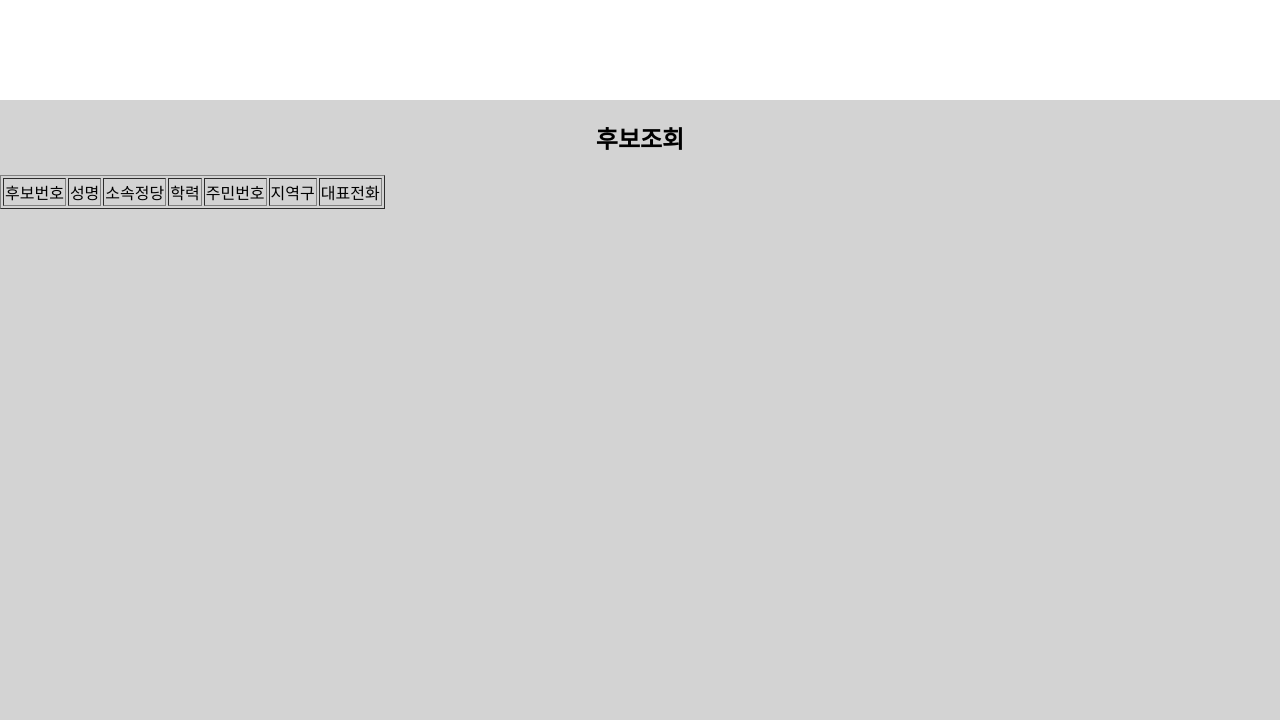
Repository: alsco727/JSP
Page: http://localhost/HRD_2207/search.jsp
An editor plug-in stored every save of this project. The page is shown before and after the next save, followed by the edit.
The browser window is 1280 px wide. The pictures show the whole page.
The page is served by Tomcat 9. Queries for data that is not in the repository find no rows.

Above is the page before, as saved 2022-08-29 09:04:25.

### information_Processing/JSP과제4/HRD_2207/src/main/webapp/search.jsp
<%@page import="DBPKG.Util"%>
<%@page import="java.sql.*"%>
<%@ page language="java" contentType="text/html; charset=UTF-8"
    pageEncoding="UTF-8"%>
<!DOCTYPE html>
<html>
<head>
<meta charset="UTF-8">
<title>search</title>
</head>
<body>
<section style="position:fixed; top:100px; left:0px; width:100%; height:100%; background-color:lightgray">
<h2 style="text-align:center"><b>후보조회</b></h2>
<form>
<table border="1">
<tr>
	<td>후보번호</td>
	<td>성명</td>
	<td>소속정당</td>
	<td>학력</td>
	<td>주민번호</td>
	<td>지역구</td>
	<td>대표전화</td>
</tr>
<%
request.setCharacterEncoding("UTF-8");

try{
	Connection conn = Util.getConnection();
	String sql = "select * from tbl_member_202005";
	PreparedStatement pstmt = conn.prepareStatement(sql);
	ResultSet rs = pstmt.executeQuery();
	while(rs.next()){
%>
<tr>
	<td><%=rs.getString(1) %></td>
	<td><%=rs.getString(2) %></td>
	<td><%=rs.getString(3) %></td>
	<td><%=rs.getString(4) %></td>
	<td><%=rs.getString(5) %></td>
	<td><%=rs.getString(6) %></td>
	<td><%=rs.getString(7) %></td>
</tr>
<%
	}
}
catch(Exception e){
	e.printStackTrace();
}
%>
</table>
</form>
</section>
</body>
</html>

### information_Processing/JSP과제4/HRD_2207/src/main/java/DBPKG/Util.java
package DBPKG;

import java.sql.*;

public class Util {
	public static Connection getConnection() throws Exception{
		Class.forName("oracle.jdbc.OracleDriver");
		Connection con = DriverManager.getConnection("jdbc:oracle:thin:@//localhost:1521/xe", "system", "1234");
		return con;
	}
}

### information_Processing/JSP과제4/HRD_2207/src/main/webapp/header.jsp
<%@ page language="java" contentType="text/html; charset=UTF-8"
    pageEncoding="UTF-8"%>
<!DOCTYPE html>
<html>
<head>
<meta charset="UTF-8">
<title>header</title>
</head>
<body>
<header style="position:fixed; top:0px; left:0px; width:100%; height:70px; line-height:70px; text-align:center; background-color:black; color:white; font-size:20px">(과정평가형 정보처리산업기사) 지역구의원투표 프로그램 ver 2020-05</header>

<nav style="position:fixed; top:70px; left:0px; width:100%; height:30px; line-height:30px; background-color:gray; color:white; padding-left:20px">
<a href="">후보조회</a> &nbsp; &nbsp;
<a href="">투표하기</a> &nbsp; &nbsp;
<a href="">투표점수조회</a> &nbsp; &nbsp;
<a href="">후보자등수</a> &nbsp; &nbsp;
<a href="">홈으로</a> &nbsp; &nbsp;
</nav>
</body>
</html>

### information_Processing/JSP과제4/HRD_2207/src/main/webapp/footer.jsp
<%@ page language="java" contentType="text/html; charset=UTF-8"
    pageEncoding="UTF-8"%>
<!DOCTYPE html>
<html>
<head>
<meta charset="UTF-8">
<title>footer</title>
</head>
<body>
<footer style="position:fixed; bottom:0px; left:0px; width:100%; height:30px; line-height:30px; text-align:center; background-color:black; color:white; font-size:15px">HRDKOREA Copyrightⓒ2015 All rights reserved. Human Resources Development Service of Korea.</footer>
</body>
</html>

After the next save:
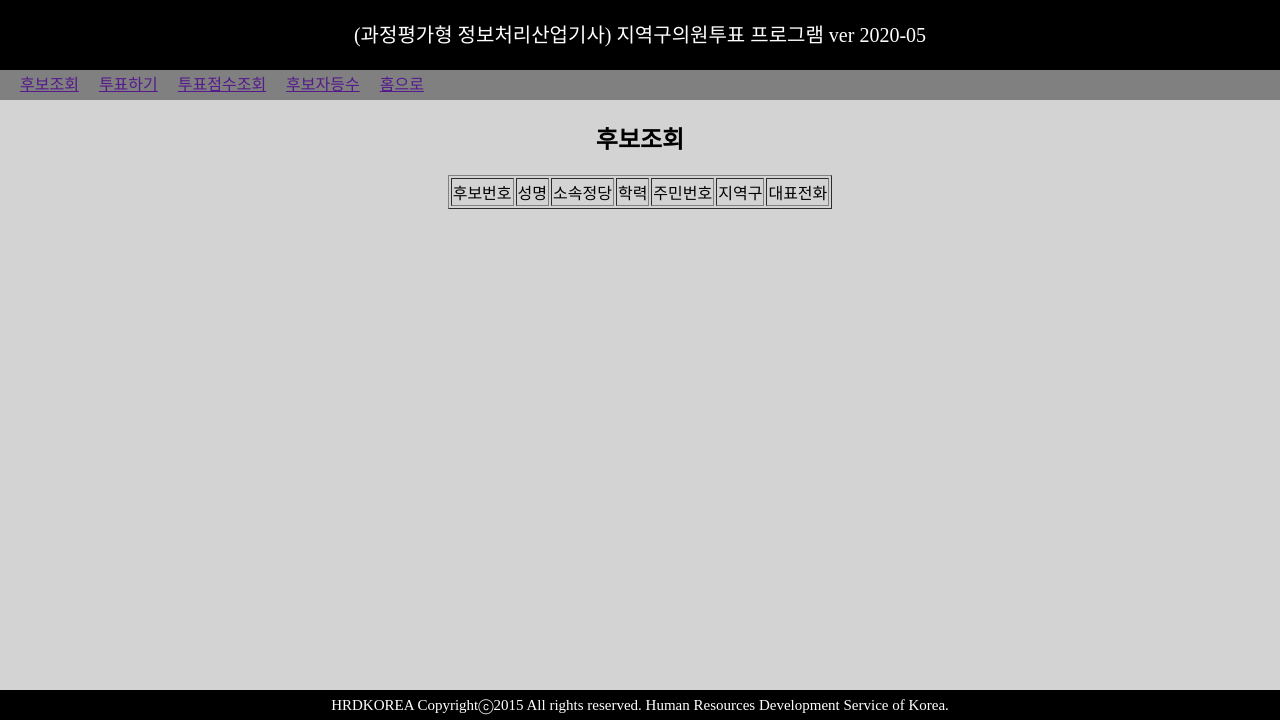
Saved 69 s later.
--- a/information_Processing/JSP과제4/HRD_2207/src/main/webapp/search.jsp
+++ b/information_Processing/JSP과제4/HRD_2207/src/main/webapp/search.jsp
@@ -9,9 +9,10 @@
 <title>search</title>
 </head>
 <body>
+<jsp:include page="header.jsp"></jsp:include>
 <section style="position:fixed; top:100px; left:0px; width:100%; height:100%; background-color:lightgray">
 <h2 style="text-align:center"><b>후보조회</b></h2>
-<form>
+<form style="display:flex; align-items:center; justify-content:center">
 <table border="1">
 <tr>
 	<td>후보번호</td>
@@ -51,5 +52,6 @@ catch(Exception e){
 </table>
 </form>
 </section>
+<jsp:include page="footer.jsp"></jsp:include>
 </body>
 </html>
